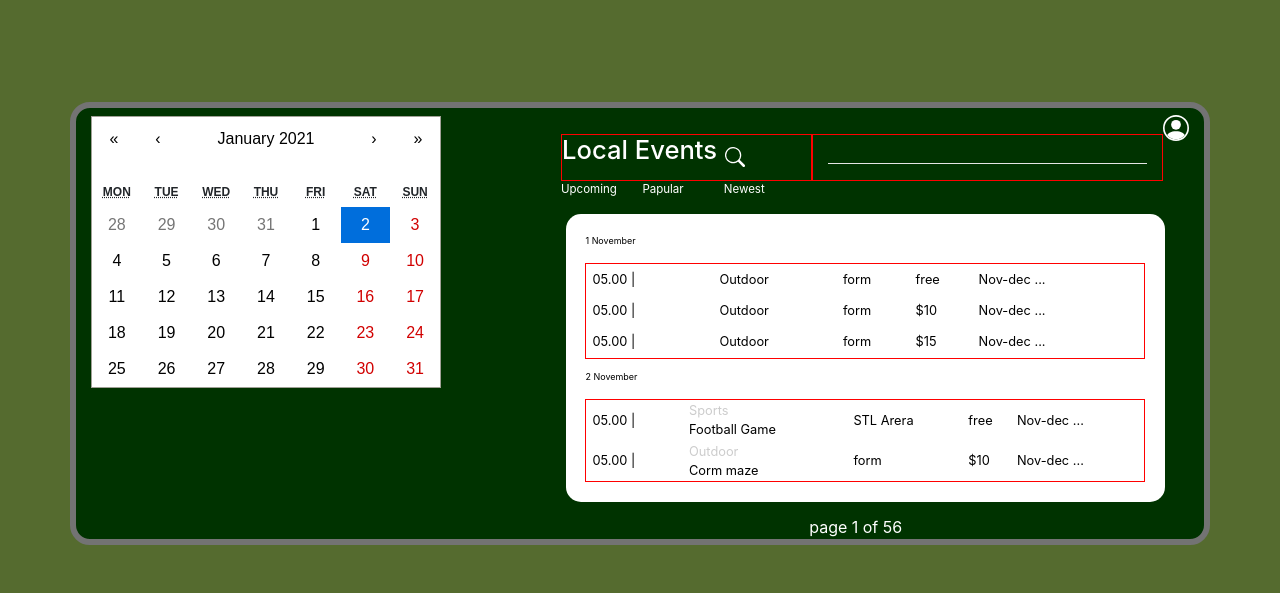
Repository: lalji-yadav/Calendar-code
Page: /
These files come from the project's save history. The page is drawn as it stood at one moment and after the next save; the edit follows.
The browser window is 1280 px wide. The pictures show the whole page.
The project was rebuilt for these pictures with package versions that can differ from the ones it lists, and the page was loaded fresh each time. Also part of the build but not shown: src/App.css.

Above is the page before, as saved 2021-01-04 13:22:14.

### src/App.js
import logo from './logo.svg';
import './App.css';
import MyApp from './calendar/calendar'
import Home from "./calendar/Home";

function App() {
  return (
    <div>
      <header>

        <Home />

      </header>
    </div>
  );
}

export default App;

### src/calendar/calendar.js
import React, { useState } from 'react';
import 'react-calendar/dist/Calendar.css';
import Calendar from 'react-calendar';

function MyApp() {
  const [value, onChange] = useState(new Date());

  return (
    <div>
      <Calendar
        onChange={onChange}
        value={value}
      />
    </div>
  );
}

export default MyApp;

### src/calendar/Home.js
import React from 'react';
import "./Home.css";
import MyApp from "./calendar";

function Home() {

  return (
    <div className="main">
      <div className='container'>
        <div className="row">
          <div className="col-sm-5 calendar">
             <MyApp />
          </div>
          <div className="col-sm-7">

            <div style={{float:"right", paddingTop:"1%"}}>
            <svg xmlns="http://www.w3.org/2000/svg" width="26" height="26" fill="white" class="bi bi-person-circle" viewBox="0 0 16 16">
            <path d="M13.468 12.37C12.758 11.226 11.195 10 8 10s-4.757 1.225-5.468 2.37A6.987 6.987 0 0 0 8 15a6.987 6.987 0 0 0 5.468-2.63z"/>
             <path fill-rule="evenodd" d="M8 9a3 3 0 1 0 0-6 3 3 0 0 0 0 6z"/>
             <path fill-rule="evenodd" d="M8 1a7 7 0 1 0 0 14A7 7 0 0 0 8 1zM0 8a8 8 0 1 1 16 0A8 8 0 0 1 0 8z"/>
            </svg>
            </div>

            <div className="row" style={{paddingTop:"4%"}}>
               <div className="col-sm-5" style={{border:"1px solid red"}}>
                 <div className="row">
                 <h1 style={{color:"white", fontSize:"2vw"}}>Local Events </h1>
               <svg  style={{margin:"5% 0% 0% 3%"}} xmlns="http://www.w3.org/2000/svg" width="20" height="20" fill="white" class="bi bi-search" viewBox="0 0 16 16">
               <path d="M11.742 10.344a6.5 6.5 0 1 0-1.397 1.398h-.001c.03.04.062.078.098.115l3.85 3.85a1 1 0 0 0 1.415-1.414l-3.85-3.85a1.007 1.007 0 0 0-.115-.1zM12 6.5a5.5 5.5 0 1 1-11 0 5.5 5.5 0 0 1 11 0z"/>
               </svg>
                 </div>
               </div>
               <div className="col-sm-7" style={{border:"1px solid red", paddingTop:"3%"}}>
               <hr style={{marginTop:"10px"}} />

               </div>

            </div>

            <div className="row">
          <div className="col-sm-5 row" style={{color:"white", fontSize:"0.9vw"}}>
            <div className="col-sm-4">
             <p>Upcoming</p>
            </div>
            <div className="col-sm-4">
              <p>Papular</p>
            </div>
            <div className="col-sm-4">
              <p>Newest</p>
            </div>

             {/* Carosal design  */}
          </div>

          <div className="tablebox">

            <p style={{fontSize:"0.7vw"}}> 1 November </p>
                <table  style={{width:"100%", fontSize:"1vw", border:"1px solid red"}}>

                    <tbody>
                      <tr>
                        <td style={{padding:"6px"}}>05.00 |</td>
                        <td>Outdoor</td>
                        <td>form</td>
                        <td>free</td>
                        <td>Nov-dec ...</td>
                      </tr>
                      <tr>
                        <td style={{padding:"6px"}}>05.00 |</td>
                        <td>Outdoor</td>
                        <td>form</td>
                        <td>$10</td>
                        <td>Nov-dec ...</td>
                      </tr>
                      <tr>
                        <td style={{padding:"6px"}}>05.00 |</td>
                        <td>Outdoor</td>
                        <td>form</td>
                        <td>$15</td>
                        <td>Nov-dec ...</td>
                      </tr>
                    </tbody>
                  </table>

                  <p style={{paddingTop:"2%", fontSize:"0.7vw"}}> 2 November </p>
                  <table  style={{width:"100%", fontSize:"1vw", border:"1px solid red"}}>

                    <tbody>
                      <tr>
                        <td style={{padding:"6px"}}>05.00 |</td>
                        <td> <span style={{color:"#cccccc"}}>Sports</span> <br/> Football Game</td>
                        <td>STL Arera</td>
                        <td>free</td>
                        <td>Nov-dec ...</td>
                      </tr>
                      <tr>
                        <td style={{padding:"6px"}}>05.00 |</td>
                        <td><span style={{color:"#cccccc"}}>Outdoor</span> <br/> Corm maze</td>
                        <td>form</td>
                        <td>$10</td>
                        <td>Nov-dec ...</td>
                      </tr>

                    </tbody>
                  </table>
             </div>

             <p style={{margin:"2% 0% 0% 40%", color:"white"}}> page 1 of 56 </p>

        </div>

          </div>

        </div>

      </div>

    </div>
  );
}
export default Home;

### src/calendar/Home.css
.main {
    width: 100%;
    height: 100%;
    position: absolute;
    /* padding: 10% 5% 10% 5%; */
    background-color: darkolivegreen;
}
.container {
    width: 80%;
    /* height: 70%; */
    margin: 8% 10% 8% 10%;
    background-color: #003300;
    border: 6px solid #737373;
    border-radius: 20px;
}
.calendar {
    /* border: 2px solid red; */
    margin-top: 8px;
}
hr {
    color: white;
    width: 100%;
    margin-top: 5em;
    background-color: white;
}
.tablebox {
    margin: 0% 0% 0% 3%;
    padding: 3%;
    width: 91%;
    border-radius: 15px;
    color: black;
    background-color: white;
}

Loaded but not shown: public/index.html (common file); src/index.js (common file); src/index.css (common file); src/reportWebVitals.js (common file)

After the next save:
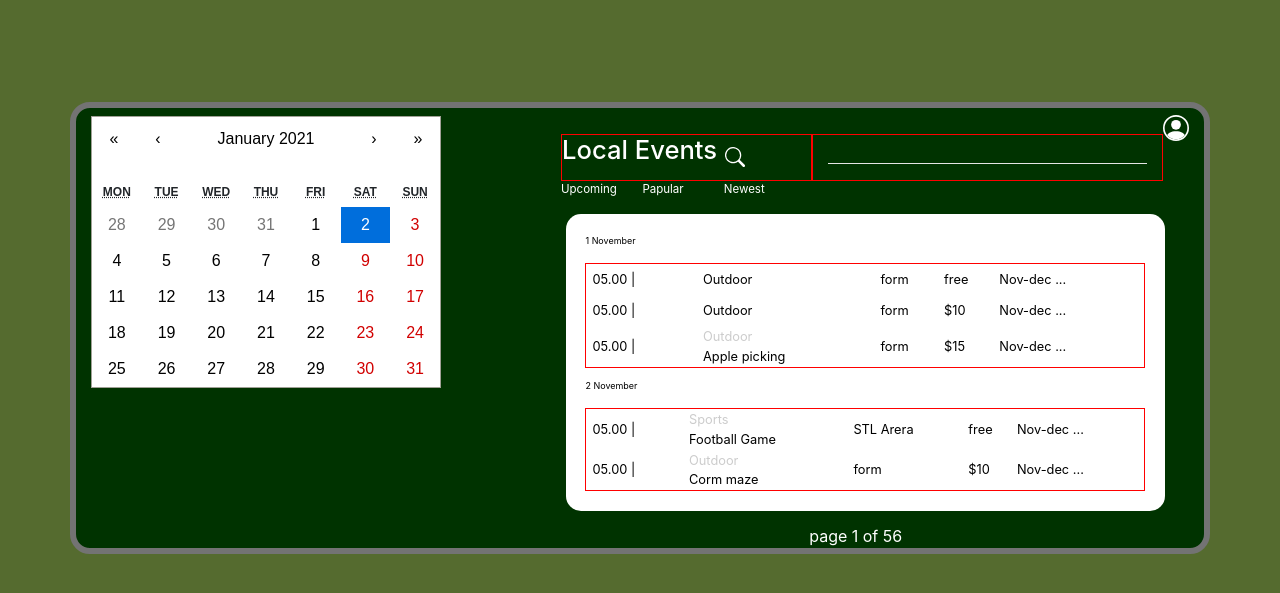
Saved 66 s later.
--- a/src/calendar/Home.js
+++ b/src/calendar/Home.js
@@ -74,7 +74,7 @@ function Home() {
                       </tr>
                       <tr>
                         <td style={{padding:"6px"}}>05.00 |</td>
-                        <td>Outdoor</td>
+                        <td><span style={{color:"#cccccc"}}>Outdoor</span> <br /> Apple picking</td>
                         <td>form</td>
                         <td>$15</td>
                         <td>Nov-dec ...</td>
